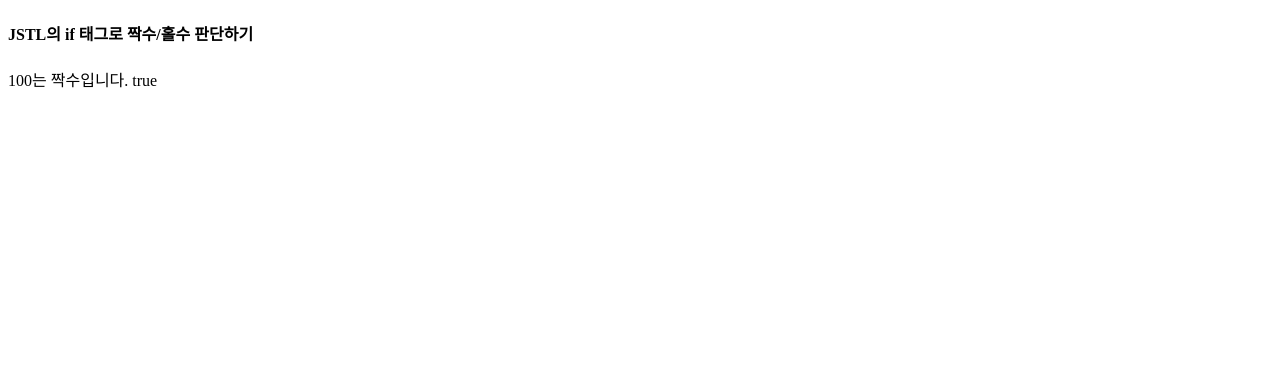
Repository: SteelIndustry/neo
Page: http://localhost/HelloWorld/11JSTL/core/If.jsp
An editor plug-in stored every save of this project. The page is shown before and after the next save, followed by the edit.
The browser window is 1280 px wide. The pictures show the whole page.
The page is served by Tomcat 9. Other server files are loaded and not shown.

Above is the page before, as saved 2022-09-09 10:06:50.

### WebJSP/HelloWorld/WebContent/11JSTL/core/If.jsp
<%@ page language="java" contentType="text/html; charset=UTF-8"
    pageEncoding="UTF-8"
    trimDirectiveWhitespaces="true"%>
<%@ taglib prefix="c" uri="http://java.sun.com/jsp/jstl/core" %>
<!DOCTYPE html>
<html>
<head>
<meta charset="UTF-8">
<title>JSTL - if</title>
</head>
<body>
	<c:set var="number" value="100"/>
	<c:set var="string" value="JSP"/>

	<h4>JSTL의 if 태그로 짝수/홀수 판단하기</h4>
	<c:if test="${number mod 2 eq 0 }" var="result">
		${ number }는 짝수입니다.
		${result }
	</c:if>


</body>
</html>

After the next save:
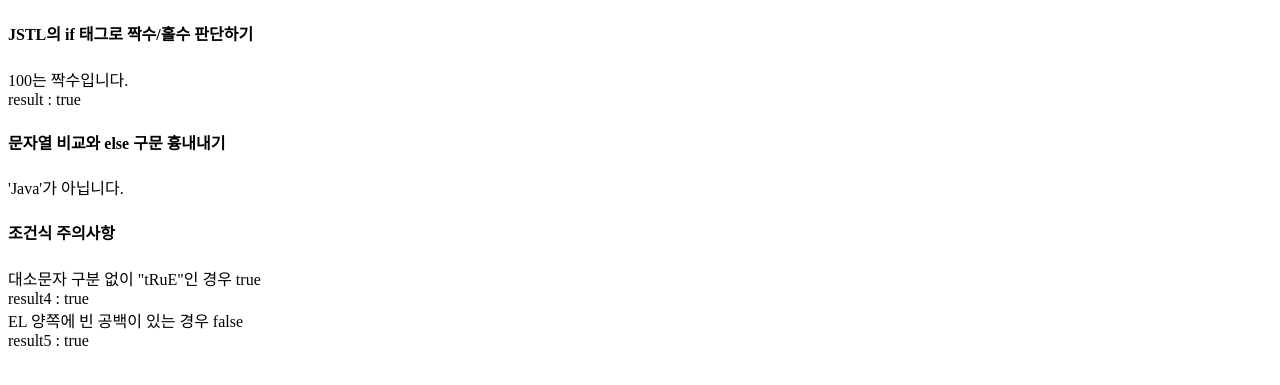
Saved 3 min 9 s later.
--- a/WebJSP/HelloWorld/WebContent/11JSTL/core/If.jsp
+++ b/WebJSP/HelloWorld/WebContent/11JSTL/core/If.jsp
@@ -14,10 +14,31 @@
 
 	<h4>JSTL의 if 태그로 짝수/홀수 판단하기</h4>
 	<c:if test="${number mod 2 eq 0 }" var="result">
-		${ number }는 짝수입니다.
-		${result }
+		${ number }는 짝수입니다. <br />
+	</c:if>
+	result : ${result } <br />
+
+	<h4>문자열 비교와 else 구문 흉내내기</h4>
+	<c:if test="${string eq 'Java' }" var="result2">
+		문자열은 Java입니다. <br />
+	</c:if>
+	<c:if test="${ not result2 }">
+		'Java'가 아닙니다. <br />
 	</c:if>
 
+	<h4>조건식 주의사항</h4>
+	<c:if test="100" var="result3">
+		EL이 아닌 정수를 지정하면 false
+	</c:if>
 
+	<c:if test="tRuE" var="result4">
+		대소문자 구분 없이 "tRuE"인 경우 true <br />
+	</c:if>
+	result4 : ${result4 } <br />
+
+	<c:if test="${true }" var="result5">
+		EL 양쪽에 빈 공백이 있는 경우 false <br />
+	</c:if>
+	result5 : ${result5} <br />
 </body>
 </html>
